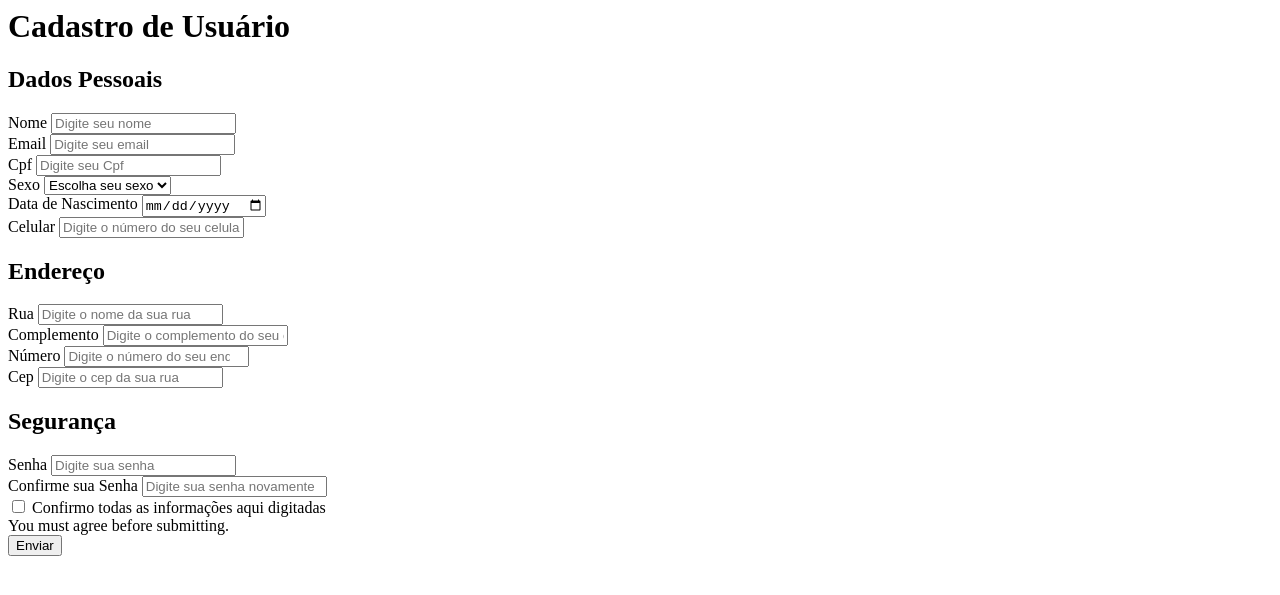
Repository: formatech2018/BRUNNO-S-FILMES
Page: sistema.filmes/src/main/webapp/resources/html/cadastro.html
An editor plug-in stored every save of this project. The page is shown before and after the next save, followed by the edit.
The browser window is 1280 px wide. The pictures show the whole page.

Above is the page before, as saved 2018-08-05 23:37:21.

### sistema.filmes/src/main/webapp/resources/html/cadastro.html
<h1 id="titulo-cadastro">Cadastro de Usuário</h1>
<div id="dados-pessoais">
	<h2 id="titulo-dados-pessoais">Dados Pessoais</h2>
</div>

<form id="formulario-cadastro">
	<div class="row">
		<div class="col">
			<label for="colFormLabel" class="col-sm-2 col-form-label">Nome</label>
			<input type="text" name="nome" class="form-control"
				placeholder="Digite seu nome">
		</div>
		<div class="col">
			<label for="colFormLabel" class="col-sm-2 col-form-label">Email</label>
			<input type="text" name="email" class="form-control"
				placeholder="Digite seu email">
		</div>
	</div>

	<div class="row">
		<div class="col">
			<label for="colFormLabel" class="col-sm-2 col-form-label">Cpf</label>
			<input type="text" id="cpf" class="form-control"
				placeholder="Digite seu Cpf">
		</div>
		<div class="col">
			<label for="colFormLabel" class="col-sm-2 col-form-label">Sexo</label>
			<select class="custom-select">
				<option selected>Escolha seu sexo</option>
				<option value="masculino">Masculino</option>
				<option value="Feminino">Feminino</option>

			</select>
		</div>
	</div>

	<div class="row">
		<div class="col">
			<label for="colFormLabel" class="col-sm-6 col-form-label">Data
				de Nascimento</label> <input type="date" name="nascimento"
				class="form-control" placeholder="Digite sua data de nascimento">
		</div>
		<div class="col">
			<label for="colFormLabel" class="col-sm-2 col-form-label">Celular</label>
			<input type="text" id="celular" name="celular" class="form-control"
				placeholder="Digite o número do seu celular">
		</div>
	</div>

	<div id="endereco">
		<h2 id="titulo-endereco">Endereço</h2>
	</div>

	<div class="row">
		<div class="col">
			<label for="colFormLabel" class="col-sm-2 col-form-label">Rua</label>
			<input type="text" name="nome" class="form-control"
				placeholder="Digite o nome da sua rua">
		</div>
		<div class="col">
			<label for="colFormLabel" class="col-sm-2 col-form-label">Complemento</label>
			<input type="text" name="complemento" class="form-control"
				placeholder="Digite o complemento do seu endereço">
		</div>
		<div class="col">
			<label for="colFormLabel" class="col-sm-2 col-form-label">Número</label>
			<input type="number" name="numero" class="form-control"
				placeholder="Digite o número do seu endereço">
		</div>
		<div class="col">
			<label for="colFormLabel" class="col-sm-2 col-form-label">Cep</label>
			<input type="text" name="cep" class="form-control"
				placeholder="Digite o cep da sua rua">
		</div>
	</div>
	<div id="seguranca">
		<h2 id="titulo-segurança">Segurança</h2>
	</div>

	<div class="row">
		<div class="col">
			<label for="colFormLabel" class="col-sm-2 col-form-label">Senha</label>
			<input type="password" name="senha" class="form-control"
				placeholder="Digite sua senha">
		</div>
		<div class="col">
			<label for="colFormLabel" class="col-sm-6 col-form-label">Confirme
				sua Senha</label> <input type="password" name="senha-novamente"
				class="form-control" placeholder="Digite sua senha novamente">
		</div>
	</div>


	<div class="form-group">
		<div class="form-check">
			<input class="form-check-input" type="checkbox" value=""
				id="invalidCheck" required> <label class="form-check-label"
				for="invalidCheck"> Confirmo todas as informações aqui
				digitadas </label>
			<div class="invalid-feedback">You must agree before submitting.</div>
		</div>
	</div>
	<button class="btn btn-dark" type="submit">Enviar</button>


</form>

After the next save:
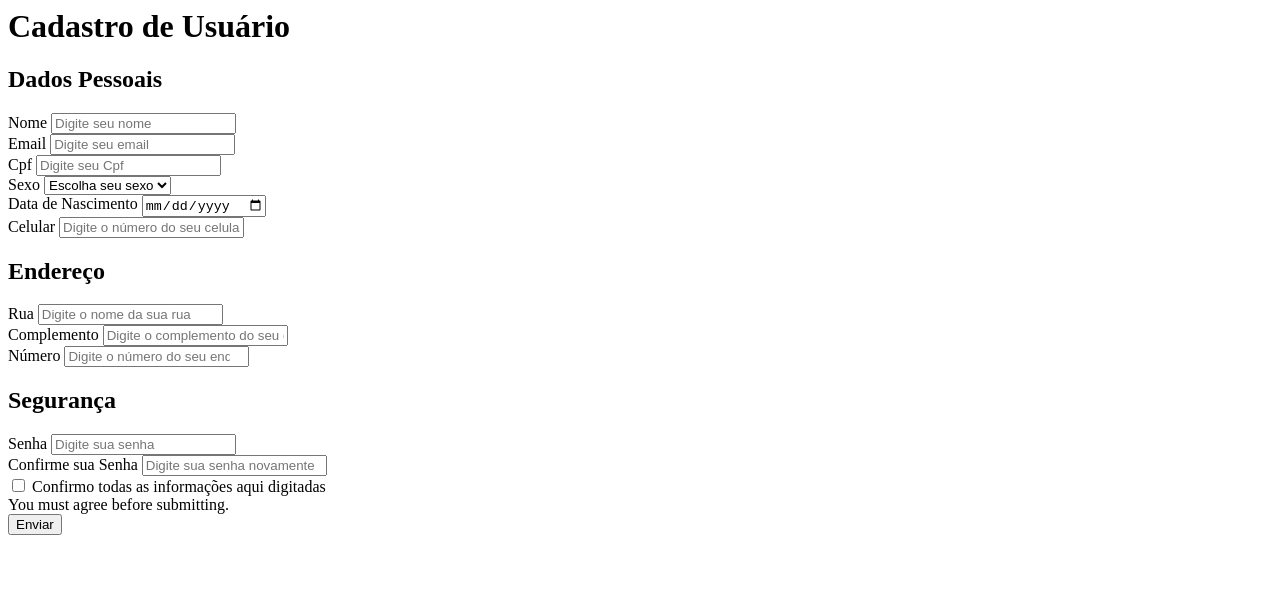
Saved 75 s later.
--- a/sistema.filmes/src/main/webapp/resources/html/cadastro.html
+++ b/sistema.filmes/src/main/webapp/resources/html/cadastro.html
@@ -67,11 +67,6 @@
 			<input type="number" name="numero" class="form-control"
 				placeholder="Digite o número do seu endereço">
 		</div>
-		<div class="col">
-			<label for="colFormLabel" class="col-sm-2 col-form-label">Cep</label>
-			<input type="text" name="cep" class="form-control"
-				placeholder="Digite o cep da sua rua">
-		</div>
 	</div>
 	<div id="seguranca">
 		<h2 id="titulo-segurança">Segurança</h2>
